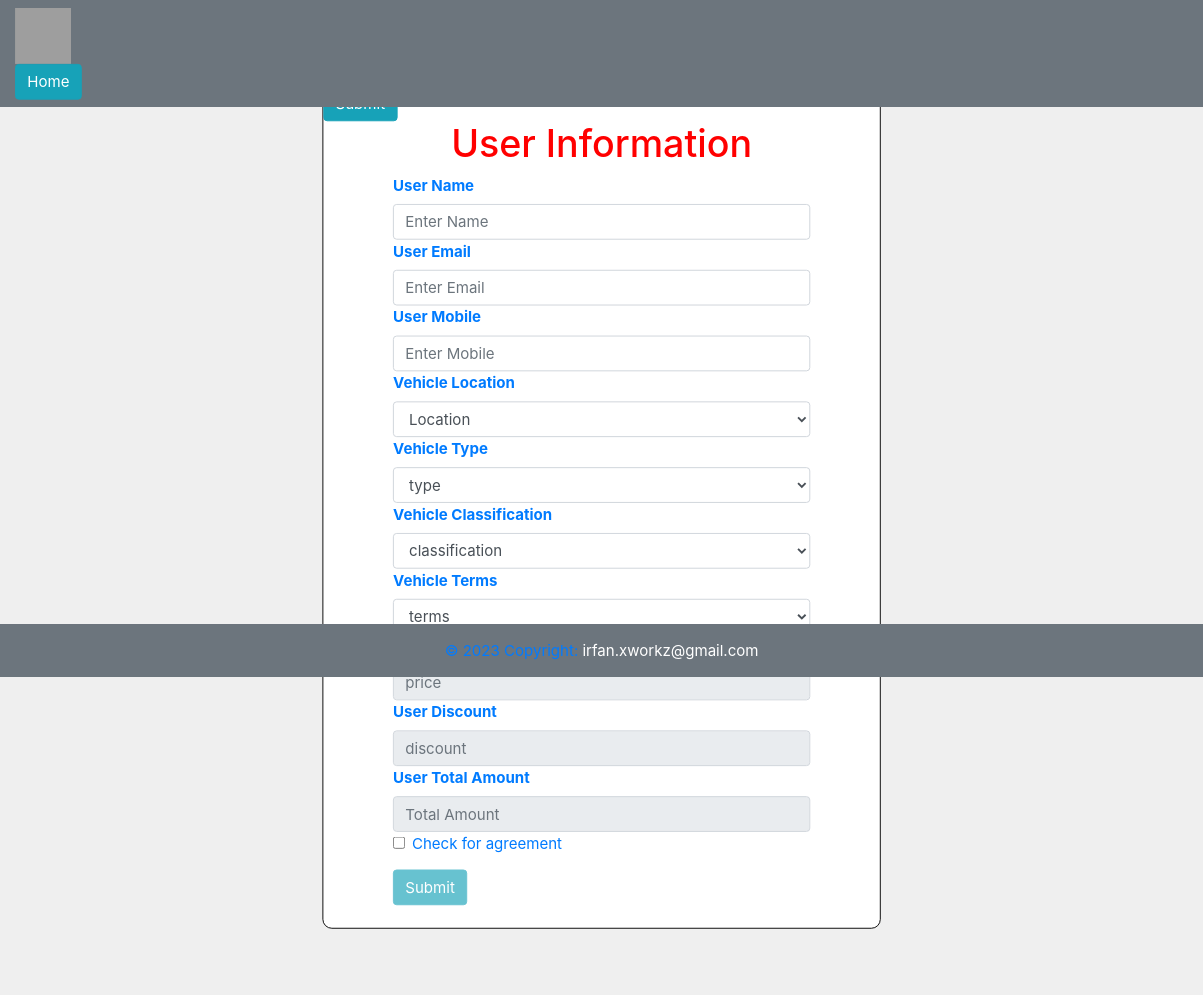
Repository: irfanxworkz/Project
Page: http://localhost/parking/UserInfo.jsp
The author's editor kept a copy of each file at every save. The page is drawn from the files as they stood at one save, then again after the next save.
The browser window is 1280 px wide. The pictures show the whole page, at 94% of full size.
Pictures or frames that could not be fetched are drawn as grey boxes. The page is served by Tomcat 9. Other server files are loaded and not shown.

Above is the page before, as saved 2023-07-09 21:34:46.

### parking/src/main/webapp/UserInfo.jsp
<%@ page language="java" contentType="text/html; charset=UTF-8"
    pageEncoding="UTF-8"%>
<!DOCTYPE html >
<html>
<head>
<meta charset="UTF-8">
<title>User-Page</title>

<!-- Link of JQuery cdn -->
    <script src= "https://ajax.googleapis.com/ajax/libs/jquery/3.5.1/jquery.min.js"> </script>
<!-- Checkbox disable or enable -->
<script>
	$(document).ready(function () {
		  $('#myCheckbox').click(function () {
		    $('#myButton').prop("disabled", !$("#myCheckbox").prop("checked"));
		  })
		});

 	function validateFields() {
		var location=document.getElementById("location").value;
		var type=document.getElementById("type").value;
		var classification=document.getElementById("classification").value;
		var terms=document.getElementById("terms").value;

		if(location=="" || location==null && type=="" || type==null && classification=="" || classification==null && terms=="" || terms==null){
			document.getElementById('validate').innerHTML="please fill the form";
			return false;
		}else{
			document.getElementBy('validate').innerHTML="";
			return true;
		}
	}

 	function EmailAjax(){
 		console.log("EmailAjax logged-in");
 		var email=document.getElementById("email").value;
 		var url="http://localhost:8080/parking/validateEmail/"+email;
 		console.log(url);
 		const xmlHttp=new XMLHttpRequest();
 		xmlHttp.open("GET", url);
 		xmlHttp.send();
 		xmlHttp.onload=function(){
 			console.log(this.responseText);
 			document.getElementById('display').innerHTML=this.responseText;
 			document.getElementById('here').innerHTML="";
 		}
 	}

 	function ajaxWithObj() {
 		console.log("ajaxWithObj logged-in")
 		var location=document.getElementById("location").value;
 		var type=document.getElementById("type").value;
 		var classification=document.getElementById("classification").value;
 		var terms=document.getElementById("terms").value;
 		var url="http://localhost:8080/parking/getPriceAndDiscount/"+location+"/"+type+"/"+classification+"/"+terms
 		console.log(url);
 		const xmlHttp=new XMLHttpRequest();
 		xmlHttp.open("GET", url);
 		xmlHttp.send();
 		xmlHttp.onload=function(){
 			document.getElementById("display").innerHTML = this.responseText;
 			console.log(this.responseText);
 			var obj=JSON.parse(this.responseText);
 			console.log(obj.price);
 			console.log(obj.discount);
 			document.getElementById("price").value=obj.price;
 			document.getElementById("discount").value=obj.discount;
 			var totalAmount=obj.price-((obj.price*obj.discount)/100);
 			console.log(totalAmount);
 			document.getElementById("totalAmount").value = totalAmount;
 		}
	}
 </script>
<!-- Link of Bootstrap cdn -->
<link rel="stylesheet"
	href="https://cdn.jsdelivr.net/npm/bootstrap@4.4.1/dist/css/bootstrap.min.css">
	<link rel="stylesheet" href="Parking.css">
</head>
<header>
	<div class="fixed-header">
		<nav class="navbar navbar-dark bg-secondary justify-content-between">
			<img src="https://w7.pngwing.com/pngs/974/17/png-transparent-car-park-parking-computer-icons-parking-text-rectangle-logo-thumbnail.png" alt="" width="60" height="60">
		    <a href="Home.jsp" class="btn btn-info" type="button" style="margin-right: 1150px;">Home</a>
		</nav>
	</div>
</header>
<body>

<div class="container">
	<form action="user" method="post" onsubmit="return validateFields()" style="background-color: white; margin-top: 10px;margin-bottom: 10px; margin-left: 200px; margin-right: 200px; border: 1px solid black; border-radius: 10px;">

	 	<span style="color: red;" id="display"></span><a id="here" href="UserLogin.jsp"><input type="submit" value="Submit" class="btn btn-info"</a>

		<h1 style="color: red; text-align: center;" >User Information</h1>
		<div class="container">
			<label for="name"><b>User Name</b></label>
			<input type="text" name="name" placeholder="Enter Name" class="form-control" required="required">
			<label for="email"><b>User Email</b></label>
			<input type="email" name="email" placeholder="Enter Email" class="form-control" onchange="EmailAjax()" id="email" required="required">
			<label for="mobile"><b>User Mobile</b></label>
			<input type="number" name="mobile" placeholder="Enter Mobile" class="form-control" required="required" >
			<label for="location"><b>Vehicle Location</b></label>
					<select name="location" class="form-control" id="location">
					<option value="">Location</option>
					<option value="Rajaji-Nagar">Rajaji-Nagar</option>
					<option value="kurubarahalli">Kurubarahalli</option>
					<option value="btm">BTM</option>
					</select>
			<label for="type"><b>Vehicle Type</b></label>
					<select name="type" class="form-control" id="type">
					<option value="">type</option>
					<option value="2 wheeler">2-Wheeler</option>
					<option value="4 wheeler">4-wheeler</option>
					</select>
			<label for="classification"><b>Vehicle Classification</b></label>
					<select name="classification" class="form-control" id="classification">
					<option value="">classification</option>
					<option value="bmw">BMW</option>
					<option value="dastun">Dastun</option>
					<option value="benz">Benz</option>
					<option value="bike">Bike</option>
					</select>
			<label for="terms"><b>Vehicle Terms</b></label>
					<select name="terms" class="form-control" onchange="ajaxWithObj()" id="terms">
					<option value="">terms</option>
					<option value="1-day">1-Day</option>
					<option value="7-day">7-Days</option>
					<option value="15-day">15-Days</option>
					<option value="30-day">30-Days</option>
					<option value="90-day">90-Days</option>
					<option value="180-day">180-Days</option>
					<option value="365-day">365-Days</option>
					</select>
			<label for="price"><b> User Price</b></label>
					<input type="text" name="price" class="form-control" placeholder="price" id="price" readonly="readonly">
			<label for="discount"><b>User Discount</b></label>
					<input type="text" name="discount" class="form-control" placeholder="discount" id="discount" readonly="readonly">
			<label for="totalAmount"><b>User Total Amount</b></label>
					<input type="text" name="totalAmount" class="form-control" placeholder="Total Amount" id="totalAmount" readonly="readonly">
			<div class="form-group form-check">
			    <input type="checkbox" class="form-check-input" id="myCheckbox">
			    <label class="form-check-label" for="myCheckbox">Check for agreement</label>
		 	</div>
	 			 <input type="submit" value="Submit" class="btn btn-info" id="myButton" disabled><br><br>
		</div>
	</form>
</div>
</body>
<div class="fixed-footer">
<footer class="bg-secondary text-white">
    <div class="text-center p-3" style="background-color: secondary;">
      © 2023 Copyright:
      <a class="text-white" href="https://irfan.xworkz@gmail.com/">irfan.xworkz@gmail.com</a>
    </div>
</footer>
</div>
</html>

### parking/src/main/webapp/Parking.css
@charset "UTF-8";



 /* Add some padding on document's body to prevent the content
    to go underneath the header and footer */
 	body{
        padding-top: 80px;
        padding-bottom: 60px;
        background-color: buttonface;
    }
    .container{
        width: 80%;
        margin: 0 auto; /* Center the DIV horizontally */
    }
    .fixed-header, .fixed-footer{
        width: 100%;
        position: fixed;

    }
    .fixed-header{
        top: 0;
    }
    .fixed-footer{
        bottom: 0;
    }


 /* using for table and body*/
 #customers {
  font-family: Arial, Helvetica, sans-serif;
  border-collapse: collapse;
  width: 100%;
}

#customers td, #customers th {
  border: 1px solid #ddd;
  padding: 8px;
}

#customers tr:nth-child(even){background-color: #f2f2f2;}

#customers tr:hover {background-color: #ddd;}

#customers th {
  padding-top: 12px;
  padding-bottom: 12px;
  text-align: left;
  background-color: #04AA6D;
  color: white;
}

After the next save:
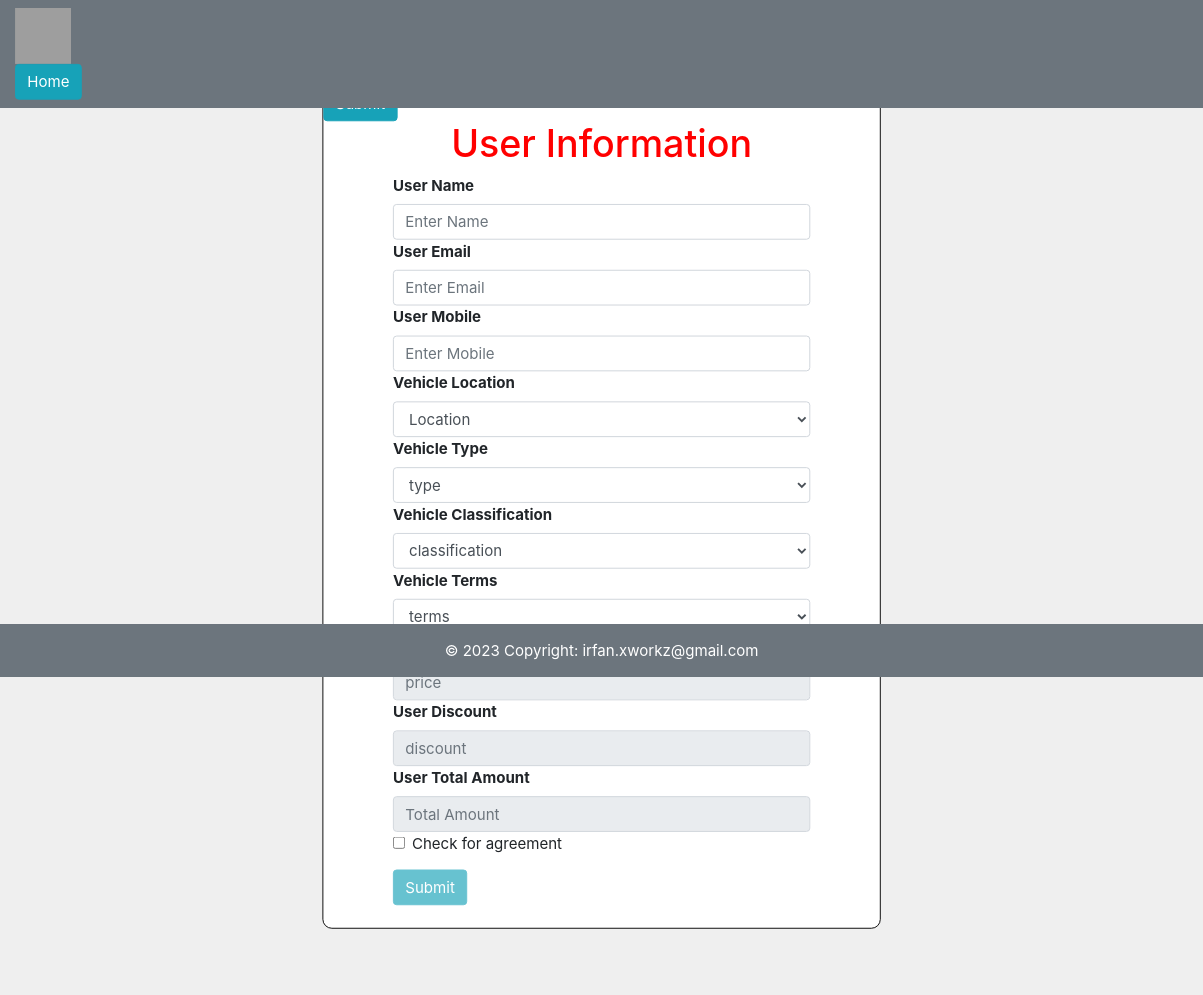
Saved 6 s later.
--- a/parking/src/main/webapp/UserInfo.jsp
+++ b/parking/src/main/webapp/UserInfo.jsp
@@ -89,7 +89,7 @@
 <div class="container">
 	<form action="user" method="post" onsubmit="return validateFields()" style="background-color: white; margin-top: 10px;margin-bottom: 10px; margin-left: 200px; margin-right: 200px; border: 1px solid black; border-radius: 10px;">
 
-	 	<span style="color: red;" id="display"></span><a id="here" href="UserLogin.jsp"><input type="submit" value="Submit" class="btn btn-info"</a>
+	 	<span style="color: red;" id="display"></span><a id="here" href="UserLogin.jsp"><input type="submit" value="Submit" class="btn btn-info"></a>
 
 		<h1 style="color: red; text-align: center;" >User Information</h1>
 		<div class="container">
